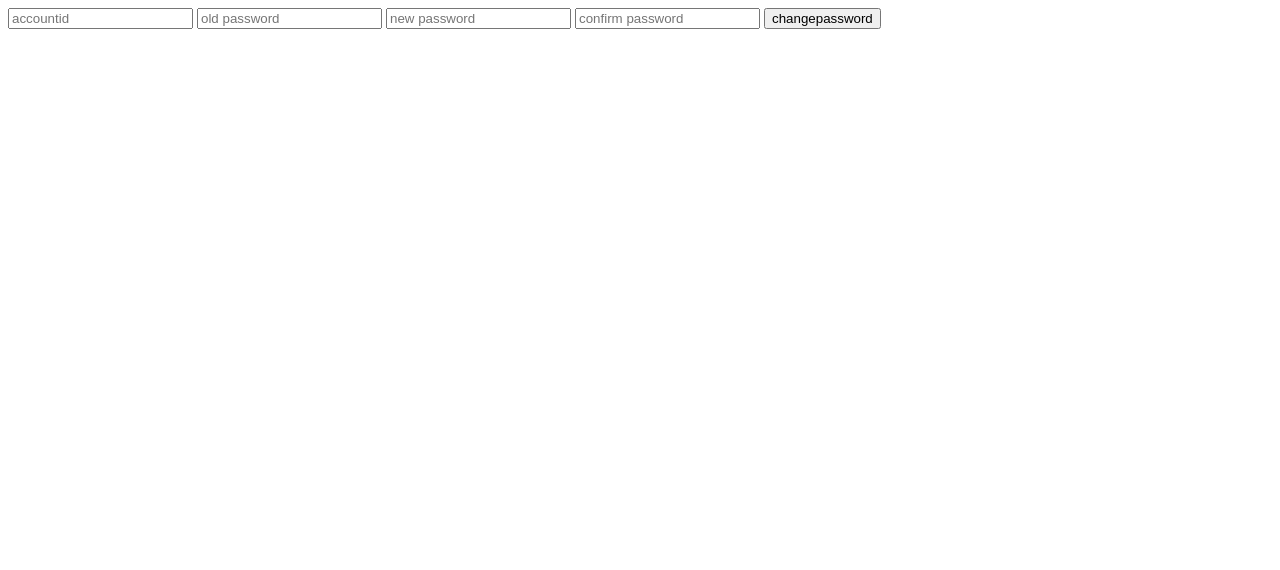
Repository: anujs099/bankingapp
Page: banking-application-final/WebContent/changepassword.html
These files come from the project's save history. The page is drawn as it stood at one moment and after the next save; the edit follows.
The browser window is 1280 px wide. The pictures show the whole page.

Above is the page before, as saved 2021-03-07 10:56:33.

After the next save:
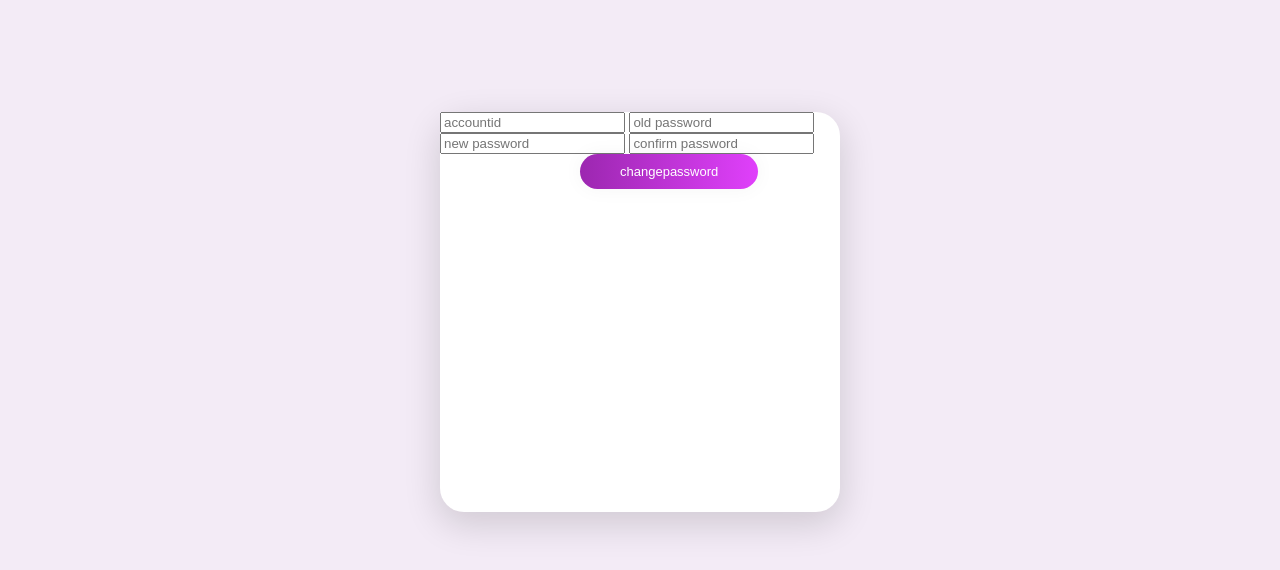
Saved 3 h 53 min later.
--- a/banking-application-final/WebContent/changepassword.html
+++ b/banking-application-final/WebContent/changepassword.html
@@ -3,14 +3,21 @@
 <head>
 <meta charset="ISO-8859-1">
 <title>Insert title here</title>
+<link rel="stylesheet" href="LoginFile.css">
 </head>
 <body>
+<div class="main">
+
+
 <form action="changepassword" method="post">
 <input type="number" placeholder="accountid" name="accountid">
 <input type="text" placeholder="old password" name="oldpassword">
 <input type="text" placeholder="new password" name="newpassword">
 <input type="text" placeholder="confirm password" name="confirmpassword">
-<input type="submit" value="changepassword">
+<input type="submit" value="changepassword" class="submit">
 </form>
+
+
+</div>
 </body>
 </html>
